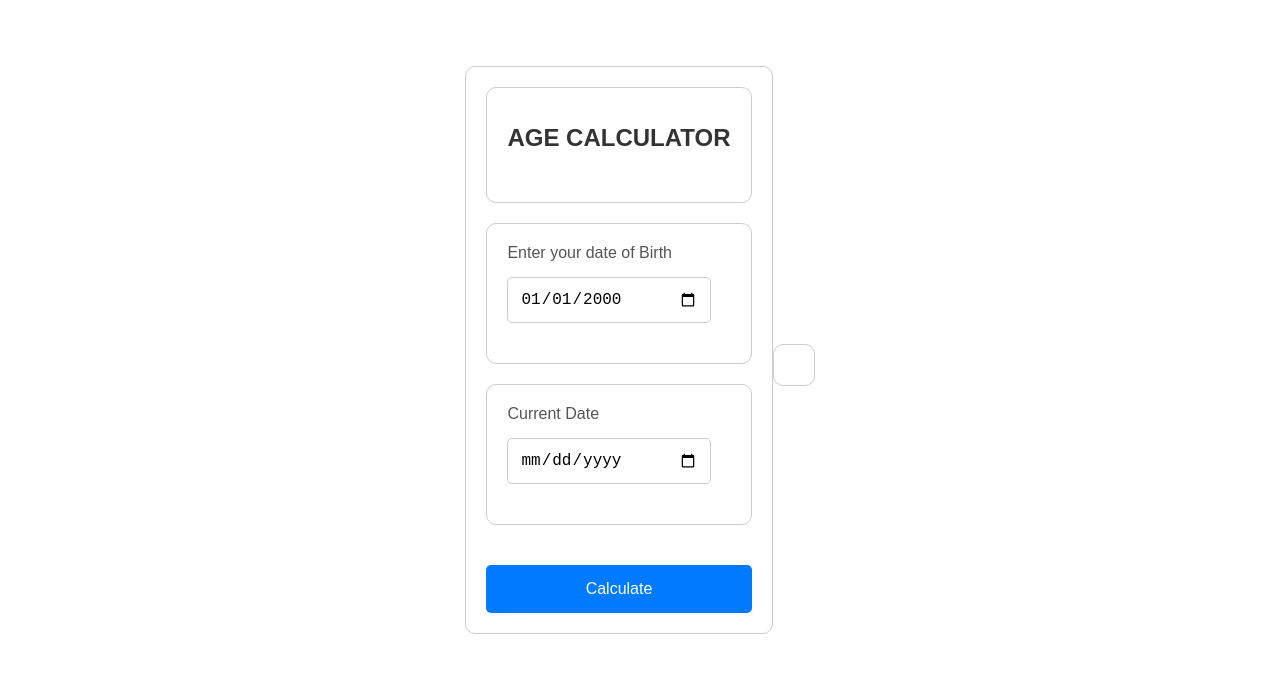
Repository: Femi007-gh/Calculator
Page: index.html
An editor plug-in stored every save of this project. The page is shown before and after a run of saves, followed by the edit.
The browser window is 1280 px wide. The pictures show the whole page.

Above is the page before, as saved 2025-03-27 19:00:25.

After the next 3 saves:
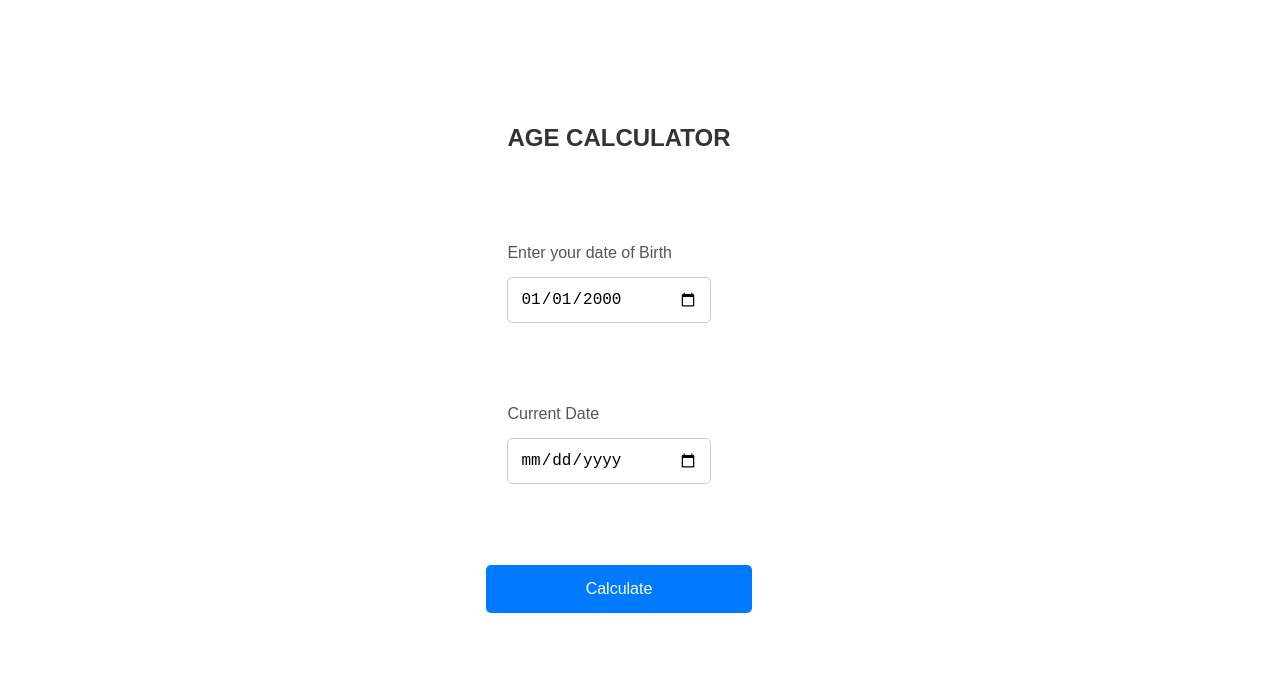
The 3 saves are shown as one change because they came seconds apart.
The last was saved 11 s later.
--- a/style.css
+++ b/style.css
@@ -8,7 +8,7 @@ body {
 }
 
 div {
-  border: 1px solid #ccc;
+  border: 1px solid #fff;
   padding: 20px;
   border-radius: 10px;
   margin-bottom: 20px;
